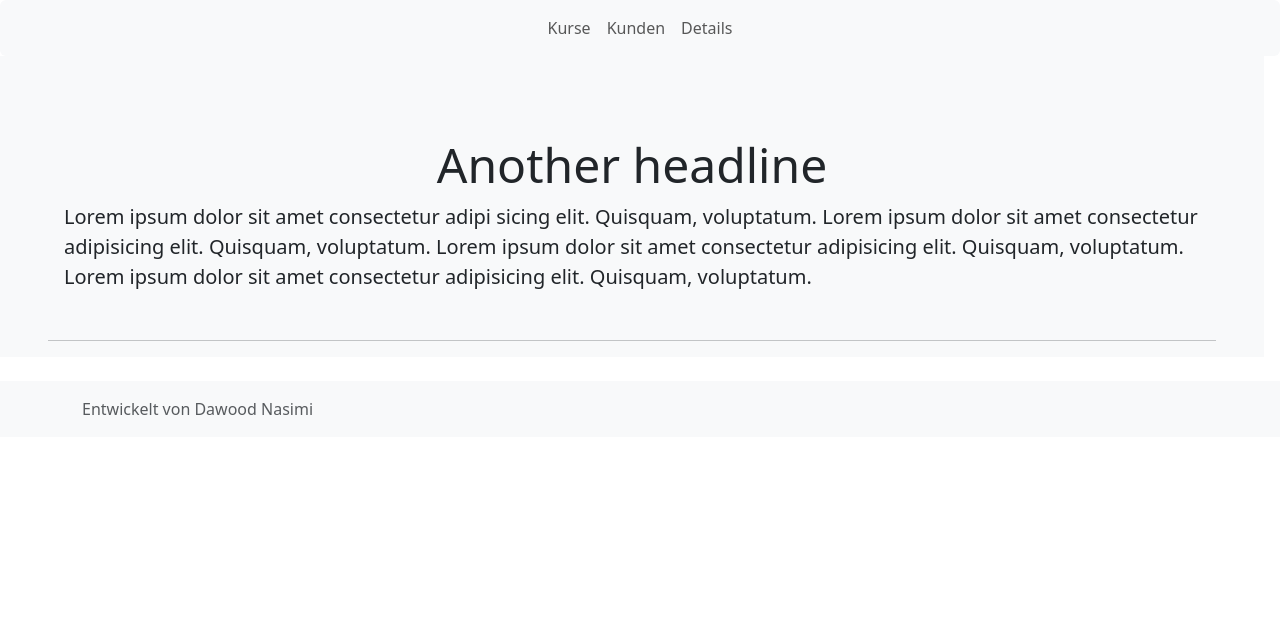
Repository: Dawoodnasimi/kurse
Page: templates/details/index.html.twig
An editor plug-in stored every save of this project. The page is shown before and after the next save, followed by the edit.
The browser window is 1280 px wide. The pictures show the whole page.
The page is a Twig template of a Symfony application; nobody is signed in and links lead nowhere. Other server files are loaded and not shown. The template is opened directly, without the code that normally fills it, so the values that code supplies are empty.

Above is the page before, as saved 2023-10-29 10:29:31.

### templates/details/index.html.twig
{% extends 'base.html.twig' %}

{% block title %}Hello DetailsController!
{% endblock %}

{% block body %}
	<div class="bg-body-tertiary me-md-3 pt-3 px-3 pt-md-5 px-md-5 text-center overflow-hidden">
		<div class="my-3 p-3">
			<h2 class="display-5 text-center">Another headline</h2>
			<p class="lead" style='text-align:left;'>Lorem ipsum dolor sit amet consectetur adipi sicing elit. Quisquam, voluptatum. Lorem ipsum dolor sit amet consectetur adipisicing elit. Quisquam, voluptatum. Lorem ipsum dolor sit amet consectetur adipisicing elit. Quisquam, voluptatum. Lorem ipsum dolor sit amet consectetur adipisicing elit. Quisquam, voluptatum.</p>
		</div>

		{% for kurs in kurse %}

		<div class="row row-cols-1 row-cols-md-3 mb-3 text-center">
			<div class="col">
				<div class="card mb-4 rounded-3 shadow-sm">
					<div class="card-header py-3">
						<h4 class="my-0 fw-normal">{{ kurs.name }}</h4>
					</div>
					<div class="card-body">
						<ul class="list-unstyled mt-3 mb-4">
							<li>{{ kurs.info }}</li>
						</ul>
						<button type="button" class="w-100 btn btn-lg btn-outline-primary">Sign up for free</button>
					</div>
				</div>
			</div>
		</div>

		{% endfor %}

		<hr>

		{% for kunde in kunden %}
		<div class="row row-cols-1 row-cols-md-3 mb-3 text-center">
			<div class="col">
				<div class="card mb-4 rounded-3 shadow-sm">
					<div class="card-header py-3">
						<h4 class="my-0 fw-normal">{{ kunde.name }}</h4>
					</div>
					<div class="card-body">
						<ul class="list-unstyled mt-3 mb-4">
							<li>{{ kunde.anschrift }}</li>
							<li>{{ kunde.kurs }}</li>
							<li>{{ kunde.begin|date('d.m.Y') }}</li>
							<li>{{ kunde.ende|date('d.m.Y') }}</li>
						</ul>
						<button type="button" class="w-100 btn btn-lg btn-outline-primary">Sign up for free</button>
					</div>
				</div>
			</div>
		</div>
		{% endfor %}

	</div>

	<br>
{% endblock %}

### templates/base.html.twig
<!DOCTYPE html>
<html>
	<head>
		<meta charset="UTF-8">
		<title>
			{% block title %}
			Kurse
			{% endblock %}
		</title>

		{% block stylesheets %}
		{{ encore_entry_link_tags('app') }}
		<link href="https://cdn.jsdelivr.net/npm/bootstrap@5.3.2/dist/css/bootstrap.min.css" rel="stylesheet" integrity="sha384-T3c6CoIi6uLrA9TneNEoa7RxnatzjcDSCmG1MXxSR1GAsXEV/Dwwykc2MPK8M2HN" crossorigin="anonymous">
		<link rel="stylesheet" href="https://cdn.jsdelivr.net/npm/bootstrap-icons@1.11.1/font/bootstrap-icons.css">

		{% endblock %}


		{% block javascripts %}
		{{ encore_entry_script_tags('app') }}

		<script src="https://cdn.jsdelivr.net/npm/bootstrap@5.3.2/dist/js/bootstrap.bundle.min.js" integrity="sha384-C6RzsynM9kWDrMNeT87bh95OGNyZPhcTNXj1NW7RuBCsyN/o0jlpcV8Qyq46cDfL" crossorigin="anonymous"></script>

		{% endblock %}

	</head>

	<body>

{% block header %}
    <nav class="navbar navbar-expand-lg bg-body-tertiary rounded" aria-label="Twelfth navbar example">
        <div class="container-fluid">
            <button class="navbar-toggler" type="button" data-bs-toggle="collapse" data-bs-target="#navbars_ziff" aria-controls="navbars_ziff" aria-expanded="false" aria-label="Toggle navigation">
                <span class="navbar-toggler-icon"></span>
            </button>

            <div class="collapse navbar-collapse justify-content-md-center" id="navbars_ziff">
                <ul class="navbar-nav">
                    <li class="nav-item">
                        <a class="nav-link {% if app.request.attributes.get('_route') == 'app_kurse' %}active{% endif %}" aria-current="page" href="{{ path('app_kurse') }}">Kurse</a>
                    </li>
                    <li class="nav-item">
                        <a class="nav-link {% if app.request.attributes.get('_route') == 'app_kunden' %}active{% endif %}" href="{{ path('app_kunden') }}">Kunden</a>
                    </li>
                    <li class="nav-item">
                        <a class="nav-link {% if app.request.attributes.get('_route') == 'app_details' %}active{% endif %}" href="{{ path('app_details') }}">Details</a>
                    </li>
                </ul>
            </div>
        </div>
    </nav>
{% endblock %}

{% block body %}{% endblock %}

{% block footer %}
		<footer class="footer mt-auto py-3 bg-body-tertiary">
			<div class="container">
				<span class="text-muted">Entwickelt von Dawood Nasimi</span>
			</div>
		</footer>

		{# <div class="container-fluid" style="background:whitesmoke">
			<footer class="d-flex justify-content-center py-3">
				<ul class="nav nav-pills">
					<li class="nav-item">
						<a href="{{ path('app_kurse') }}" class="nav-link active" aria-current="page">Home</a>
					</li>
					<li class="nav-item">
						<a href="{{ path('app_kunden') }}" class="nav-link">Features</a>
					</li>
					<li class="nav-item">
						<a href="{{ path('app_details') }}" class="nav-link">Pricing</a>
					</li>

				</ul>
			</footer>
		</div> #}
{% endblock %}

	</body>
</html>

Loaded but not shown: webpack.config.js (common file)

After the next save:
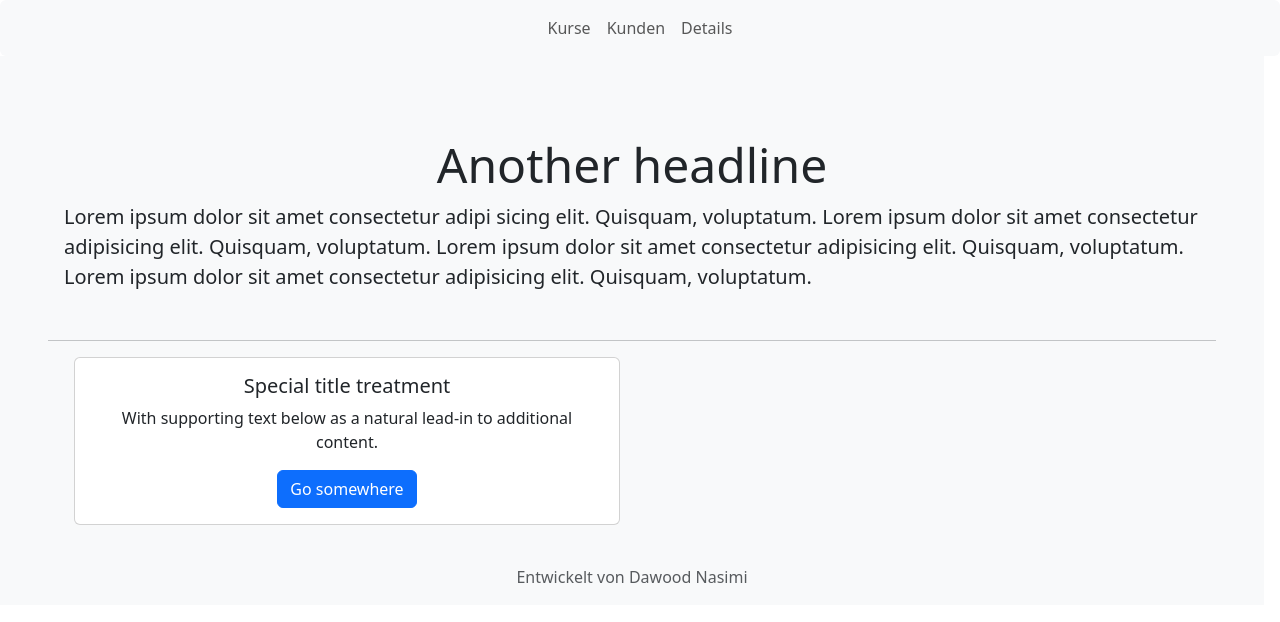
Saved 71 s later.
--- a/templates/details/index.html.twig
+++ b/templates/details/index.html.twig
@@ -32,6 +32,28 @@
 
 		<hr>
 
+		{# NEW Section #}
+
+		<div class='container'>
+				<div class="row">
+					<div class="col-sm-6">
+						<div class="card">
+							<div class="card-body">
+								<h5 class="card-title">Special title treatment</h5>
+								<p class="card-text">With supporting text below as a natural lead-in to additional content.</p>
+								<a href="#" class="btn btn-primary">Go somewhere</a>
+							</div>
+						</div>
+					</div>
+
+
+					</div>
+
+
+
+
+		{# NEW Section END #}
+
 		{% for kunde in kunden %}
 		<div class="row row-cols-1 row-cols-md-3 mb-3 text-center">
 			<div class="col">
